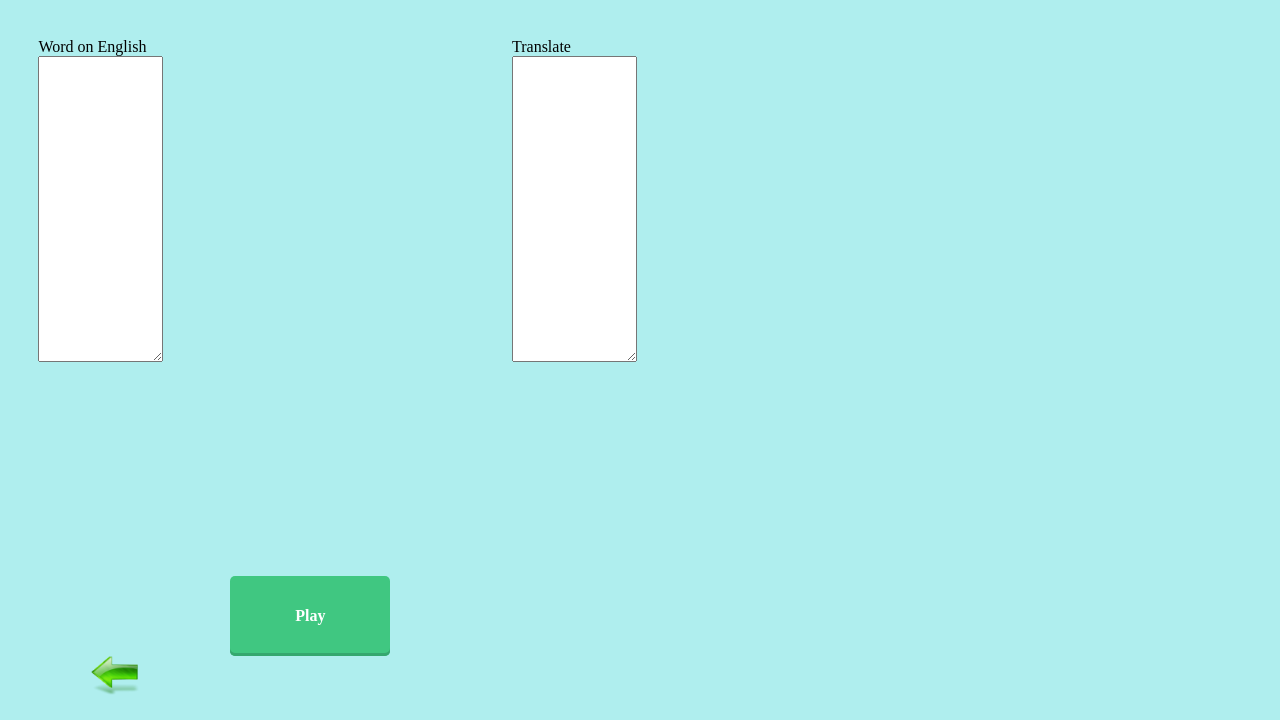
Repository: Artem-Brunov/msu_prac
Page: workspace/BasicUI/FastPlay.html
These files come from the project's save history. The page is drawn as it stood at one moment and after the next save; the edit follows.
The browser window is 1280 px wide. The pictures show the whole page.

Above is the page before, as saved 2017-11-20 05:44:13.

### workspace/BasicUI/FastPlay.html
<!DOCTYPE html>
<html>
<head>
    <meta charset="utf-8" />
    <meta name="viewport" content="width=device-width, initial-scale=1.0, maximum-scale=1.0">
    <meta name="description" content="Tizen Mobile Web Basic Template" />

    <title>Tizen Mobile Web Basic Application</title>

	<link rel="stylesheet" type="text/css" href="css/style.css" />
    <link rel="stylesheet" type="text/css" href="css/NewPlaylist.css" />
</head>
<body>
	<div class = "take_1">
		<form name = "Eng">

  			<p>Word on English<br>
  				<textarea cols = "13" rows = "20" wrap = "hard" name = "EngW"></textarea>
  			</p>
  		</form>
  	</div>
  	<div class = take_2>
  		<form name = "Trnslt">
  			<p>Translate<br>
  				<textarea cols = "13" rows = "20" wrap = "hard" name = "Transl"></textarea>
  			</p>
 		</form>
 	</div>
	<div class = "FP">
		<a href = "" class = "first_button">Play</a>
	</div>
	<div class = "BBack">
			<a href = "index.html"><img src="images/Back.png" width="50"
  height="50" alt="One step back"></a>
		</div>
</body>
</html>

### workspace/BasicUI/css/style.css
html,
body {
    width: 100%;
    height: 100%;
    margin: 0 auto;
    padding: 0;
    background: PaleTurquoise;
 }
 .titl{

 	position: absolute;
 	left: 25.5%;
 	top: 10%;
 	color: Gray;
 }
 a.first_button {

	display: block;
	width: 160px;
	height: 80px;
  	line-height: 5em;
	border-radius: 5px;
 	background: rgb(64,199,129);
	box-shadow: 0 -3px rgb(53,167,110) inset;
	font-weight: 900;
  	color: white;
  	text-align: center;
  	text-decoration: none;
  	transition: 0.2s;
}
a.first_button:hover { background: rgb(53, 167, 110); }
a.first_button:active {
  background: rgb(33,147,90);
  box-shadow: 0 3px rgb(33,147,90) inset;
}
.New {
	position: absolute;
  	top: 47%;
  	left: 28%;

}
.Select {
	position: absolute;
  	top: 64%;
  	left: 28%;

}
.FastPlay {
	position: absolute;
  	top: 30%;
  	left: 28%;

}

### workspace/BasicUI/css/NewPlaylist.css
.Return {
	position: absolute;
  	top: 24%;
  	left:50%;

}
.Add {
	position: absolute;
  	top: 4%;
  	left: 50%;
}
.BBack{
	position: absolute;
  	top: 90%;
  	left: 7%;
}
.Settings{
	position: absolute;
	left: 18%;
	top: 10%;
 	color: Gray;
}
.take_1{
	position: absolute;
	left: 3%;
	top: 3%;
}
.take_2{
	position: absolute;
	left: 40%;
	top: 3%;
}
.FP{
	position: absolute;
	left: 18%;
	top: 80%;
}

After the next save:
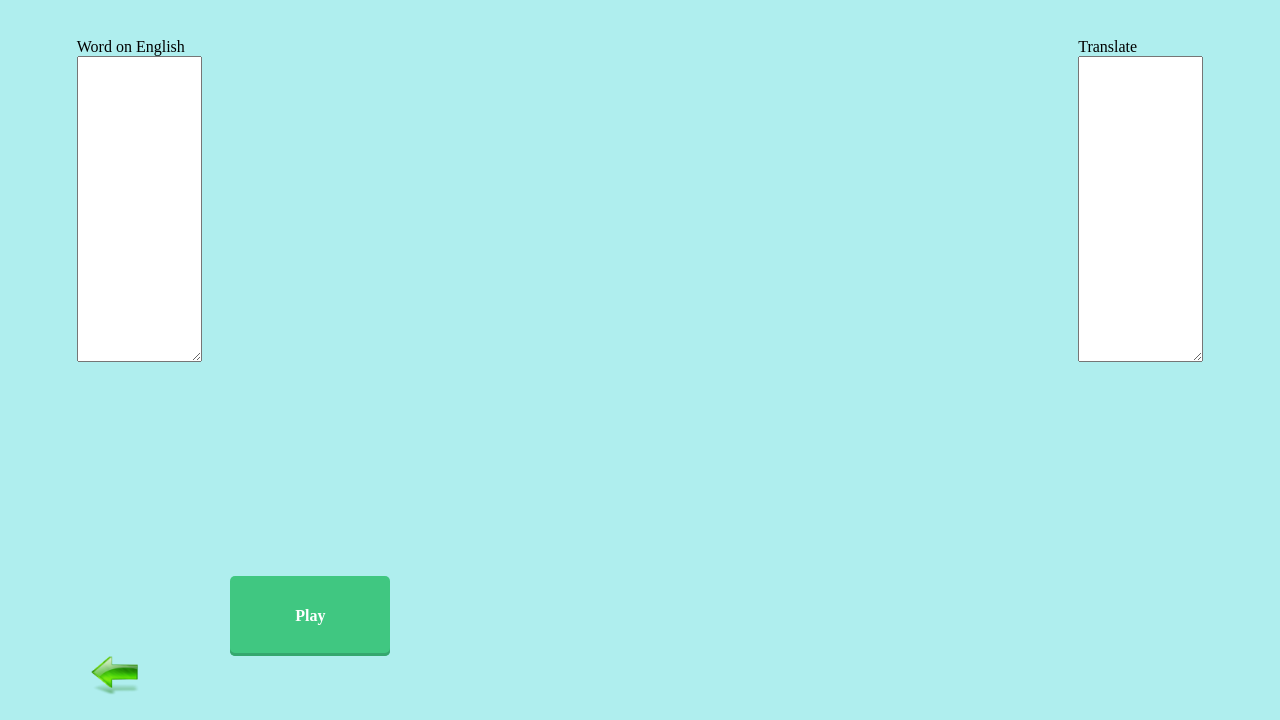
Saved 95 s later.
--- a/workspace/BasicUI/css/NewPlaylist.css
+++ b/workspace/BasicUI/css/NewPlaylist.css
@@ -22,12 +22,12 @@
 }
 .take_1{
 	position: absolute;
-	left: 3%;
+	left: 6%;
 	top: 3%;
 }
 .take_2{
 	position: absolute;
-	left: 40%;
+	right: 6%;
 	top: 3%;
 }
 .FP{
